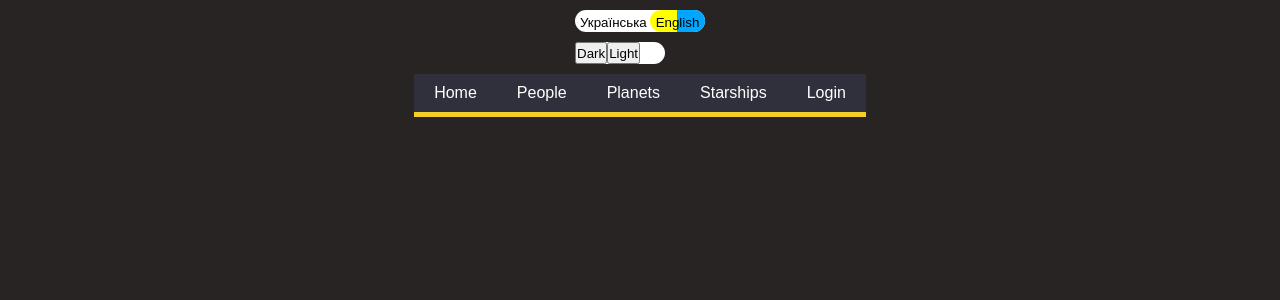
Repository: Novoselets28/star-wars-hooks
Page: /
An editor plug-in stored every save of this project. The page is shown before and after the next save, followed by the edit.
The browser window is 1280 px wide. The pictures show the whole page.
The project was rebuilt for these pictures with package versions that can differ from the ones it lists, and the page was loaded fresh each time. Also part of the build but not shown: src/hook/useAuth.jsx, src/components/HomePage.jsx, src/components/People/CurrentPeople.jsx, src/components/People/PeopleList.jsx, src/components/People/People.jsx, src/components/Planets/CurrentPlanet.jsx, src/components/Planets/PlanetsList.jsx, src/components/Planets/Planets.jsx and 6 more.

Above is the page before, as saved 2023-03-27 20:44:40.

After the next save:
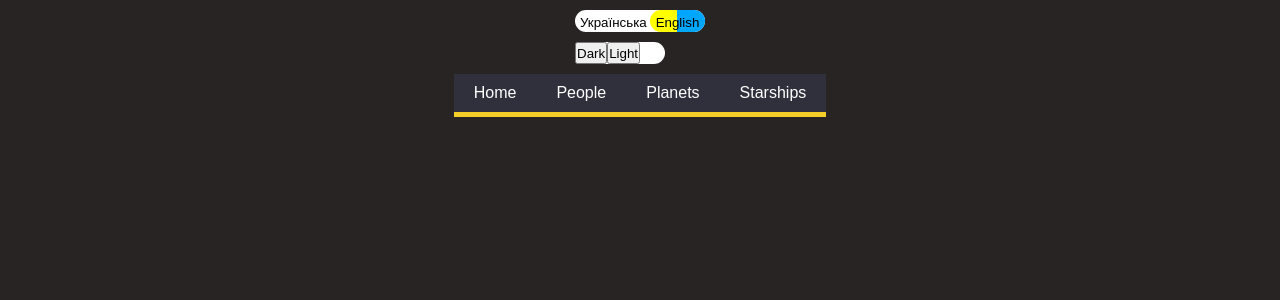
Saved 12 s later.
--- a/src/components/Layout.jsx
+++ b/src/components/Layout.jsx
@@ -8,7 +8,6 @@ const Layout = () => {
             <Link to='people'>People</Link>
             <Link to='planets'>Planets</Link>
             <Link to='starhips'>Starships</Link>
-            <Link to='login'>Login</Link>
         </header>
         <Outlet/>
         </>
